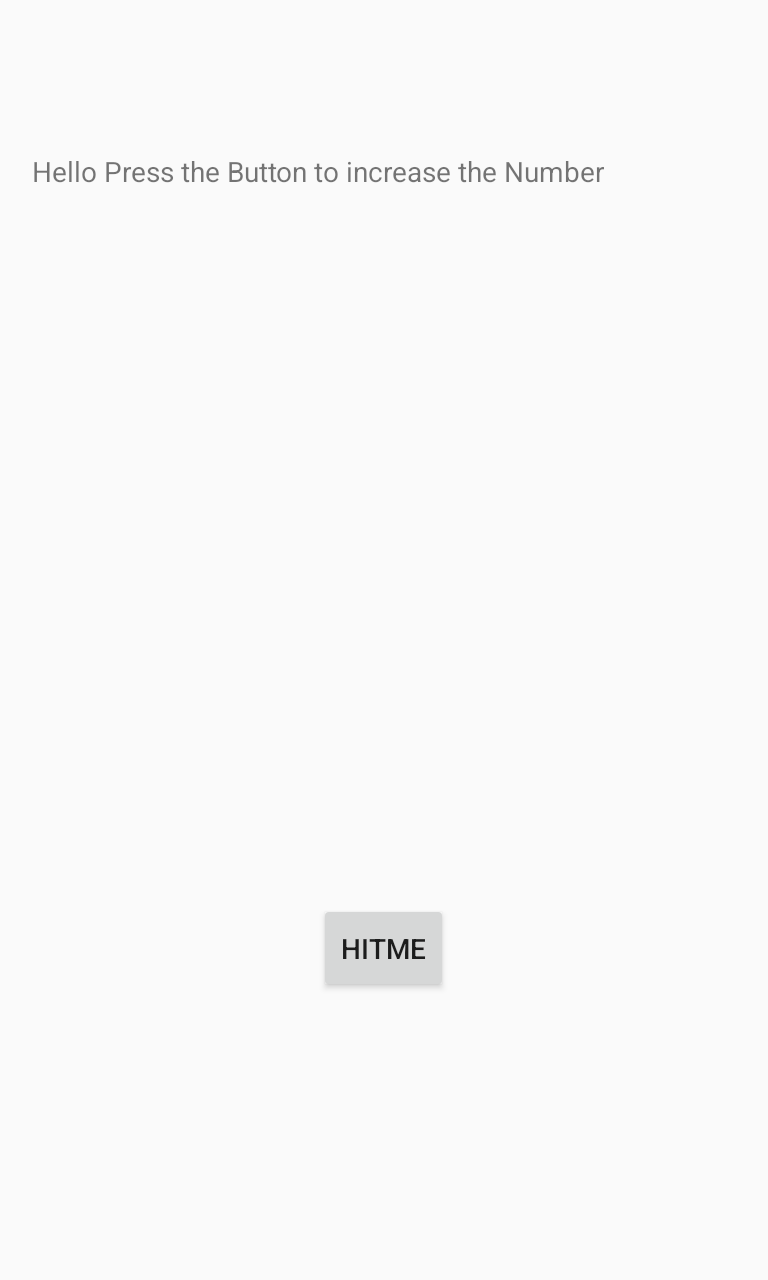
Repository: nakaneku/Wackamole_game
Layout: nateTest/res/layout/fragment_mini_game.xml
An editor plug-in stored every save of this project. The layout is shown before and after the next save, followed by the edit.
It is drawn on a 768 x 1280 px phone screen (xhdpi) without system bars, with theme AppTheme; the app's code is not run.

Above is the layout before, as saved 2014-05-18 11:02:44.

### nateTest/res/layout/fragment_mini_game.xml
<RelativeLayout xmlns:android="http://schemas.android.com/apk/res/android"
    xmlns:tools="http://schemas.android.com/tools"
    android:layout_width="match_parent"
    android:layout_height="match_parent"
    android:paddingBottom="@dimen/activity_vertical_margin"
    android:paddingLeft="@dimen/activity_horizontal_margin"
    android:paddingRight="@dimen/activity_horizontal_margin"
    android:paddingTop="@dimen/activity_vertical_margin"
    tools:context="com.example.natetest.MiniGame$PlaceholderFragment" >

    <TextView
        android:layout_width="wrap_content"
        android:layout_height="wrap_content"
        android:layout_alignParentTop="true"
        android:layout_marginTop="60dp"
        android:text="Hello Press the Button to increase the Number" />

    <Button
        android:id="@+id/button1"
        style="?android:attr/buttonStyleSmall"
        android:layout_width="wrap_content"
        android:layout_height="wrap_content"
        android:layout_alignParentBottom="true"
        android:layout_centerHorizontal="true"
        android:layout_marginBottom="126dp"
        android:text="HitMe" />

</RelativeLayout>

Loaded but not shown: nateTest/res/values/styles.xml (common file); nateTest/res/values-v11/styles.xml (common file); nateTest/res/values-v14/styles.xml (common file); nateTest/res/values/dimens.xml (common file); nateTest/res/values-w820dp/dimens.xml (common file)

After the next save:
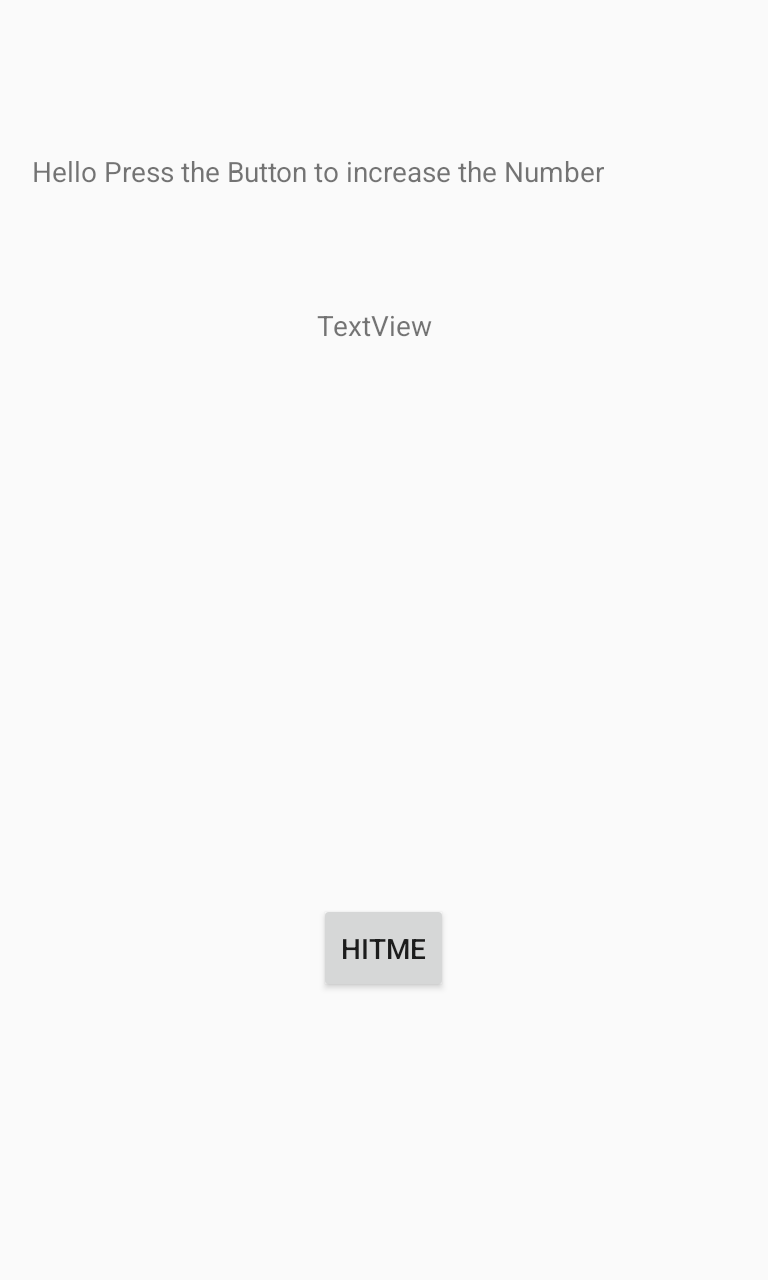
Saved 7 min 35 s later.
--- a/nateTest/res/layout/fragment_mini_game.xml
+++ b/nateTest/res/layout/fragment_mini_game.xml
@@ -9,6 +9,7 @@
     tools:context="com.example.natetest.MiniGame$PlaceholderFragment" >
 
     <TextView
+        android:id="@+id/textView2"
         android:layout_width="wrap_content"
         android:layout_height="wrap_content"
         android:layout_alignParentTop="true"
@@ -25,4 +26,13 @@
         android:layout_marginBottom="126dp"
         android:text="HitMe" />
 
+    <TextView
+        android:id="@+id/textView1"
+        android:layout_width="wrap_content"
+        android:layout_height="wrap_content"
+        android:layout_alignLeft="@+id/button1"
+        android:layout_below="@+id/textView2"
+        android:layout_marginTop="58dp"
+        android:text="TextView" />
+
 </RelativeLayout>
